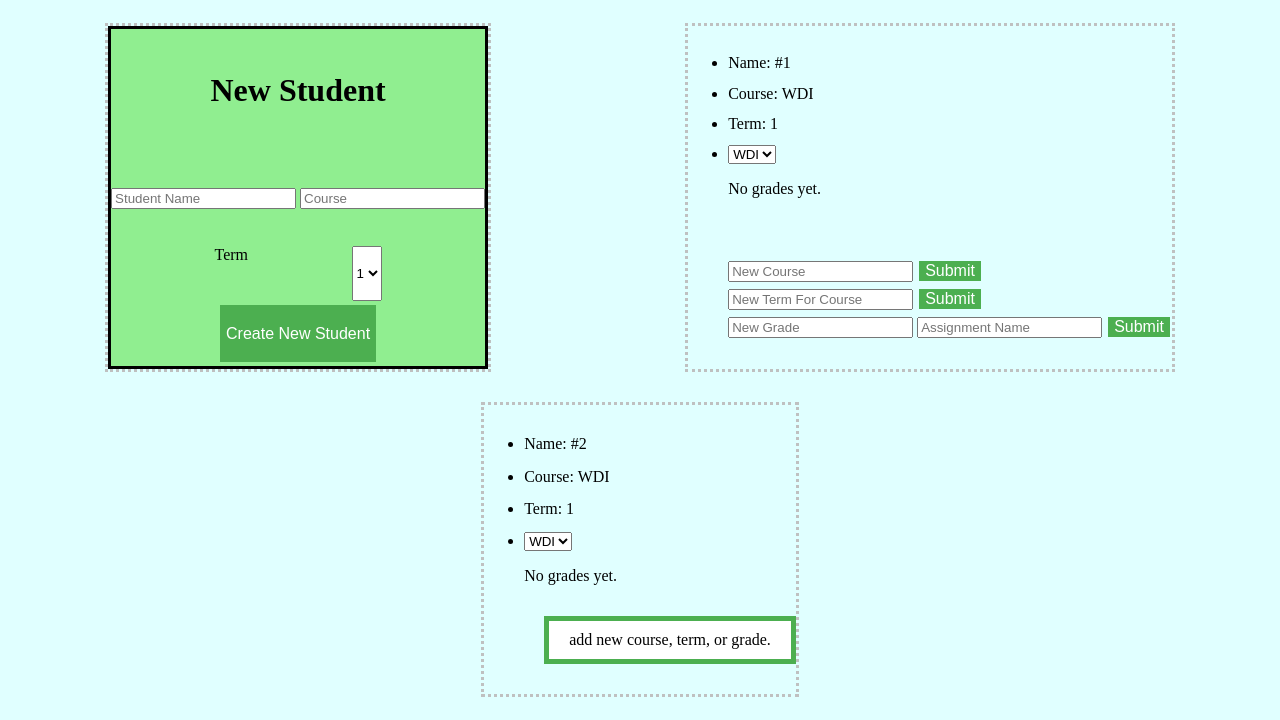
Repository: EdmontDantes/graderaide-fullstack-solution
Page: index.html
An editor plug-in stored every save of this project. The page is shown before and after a run of saves, followed by the edit.
The browser window is 1280 px wide. The pictures show the whole page.

Above is the page before, as saved 2020-04-22 13:56:17.

After the next 2 saves:
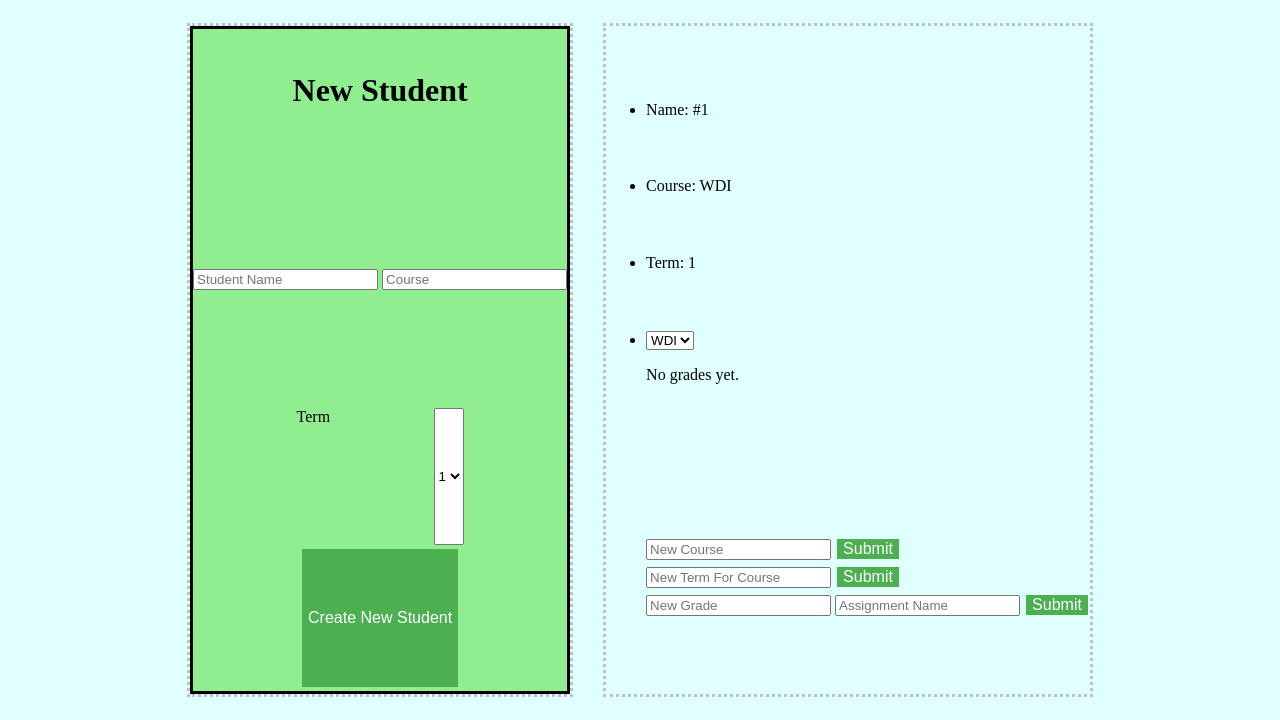
The 2 saves are shown as one change because they came seconds apart.
The last was saved 9 s later.
--- a/index.html
+++ b/index.html
@@ -66,20 +66,6 @@
           </div>
         </ul>
       </section>
-      <section class="student-display">
-        <ul class="student-info">
-          <li>Name: #2</li>
-          <li>Course: WDI</li>
-          <li>Term: 1</li>
-          <li>
-            <select class="course-selection">
-              <option value="wdi">WDI</option>
-            </select>
-            <p>No grades yet.</p>
-          </li><a href="add.html">add new course, term, or grade.</a>
-        </ul>
-      </section>
-
       </section>
     </section>
   </body>
